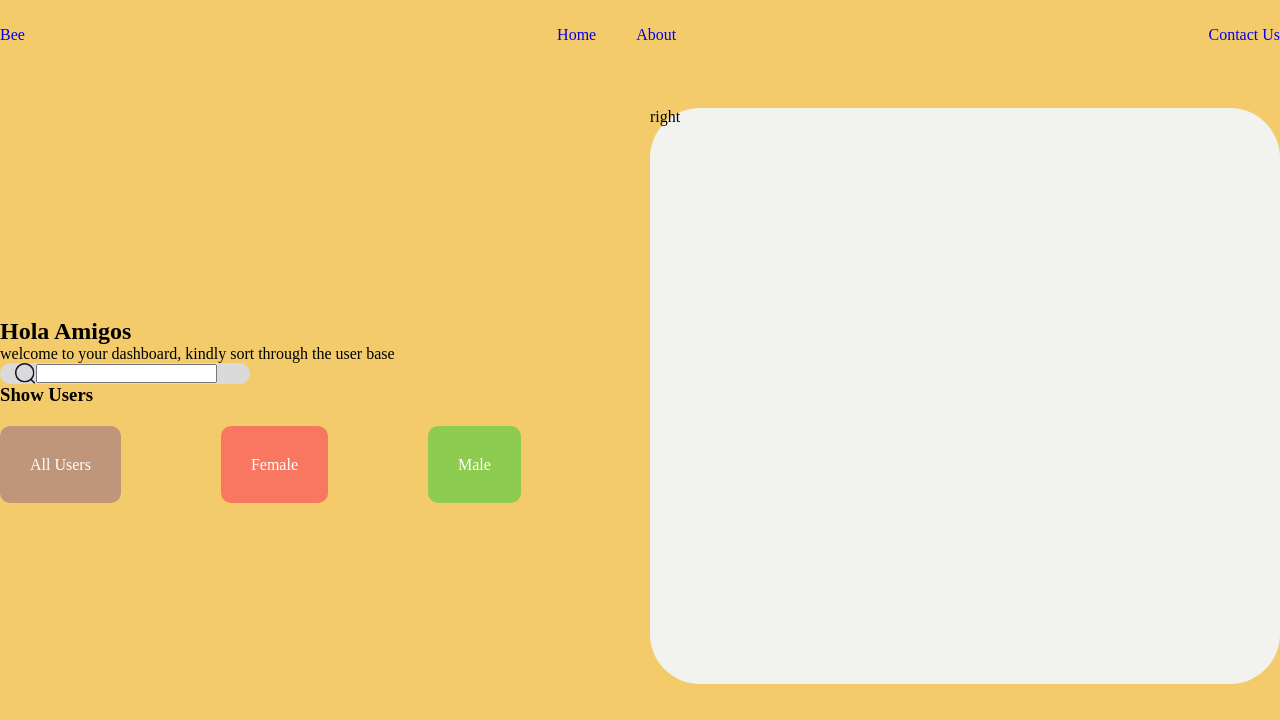
Repository: ble-syn/Random-user-generator-app
Page: /
The author's editor kept a copy of each file at every save. The page is drawn from the files as they stood at one save, then again after the next save.
The browser window is 1280 px wide. The pictures show the whole page.
The project was rebuilt for these pictures with package versions that can differ from the ones it lists, and the page was loaded fresh each time. Also part of the build but not shown: src/pages/About.jsx, src/pages/Policy.jsx, src/pages/Terms.jsx, src/pages/Contact.jsx, src/pages/NotFound.jsx.

Above is the page before, as saved 2022-10-26 01:11:59.

### src/index.css
*{
  margin: 0;
  padding: 0;
  box-sizing: border-box;
}
a {
  text-decoration: none;
}

body {
  background-color: #F4CB6B;
}
.container {
  width: 100%;
  max-width: 1300px;
  margin: 0 auto;

}

nav {
  display: flex;
  justify-content: space-between;
  margin: 2% 0 5%;
}
.menu {
  margin: 0 20px;
}

.home-container{
  display: flex;

  align-items: center;
}
/* LEFT STYLES */
#left {
  flex: 5;
}
.search-input {
  width: 250px;
  background-color: #dadada;
  border-radius: 12px;
  border: none;
  display: flex;
  place-items: center;
  padding-left: 15px;
}
.input {
  border: none;
  border-radius: 12px;
  background-color: inherit;
  width: 100%;
}
.input:focus {
  outline: none;
}
.input::placeholder {
  color: #171717;
}
.user-link-cont {
  margin-top: 50px;
}
.user-link{
  margin-right: 100px;
  padding: 30px;
  border-radius: 10px;
  color: #FFF;
  cursor: pointer;
}
.all-user {
  background-color: #BF9679;
}
.female-user{
  background-color: #F97661;
}
.male-user{
background-color: #8DCC50;
}

#right{
  height: 80vh;
 flex: 5;
  margin-left: 20px;
  background-color: #F2F2EF;
  border-radius: 50px;
}

### src/App.js
import { BrowserRouter as Router, Routes, Route, Navigate} from "react-router-dom";
import Navbar from "./components/Navbar";
import Home from "./pages/Home";
import About from "./pages/About";
import Policy from "./pages/Policy";
import Terms from "./pages/Terms";
import Contact from "./pages/Contact";
import NotFound from "./pages/NotFound";

function App() {
  return (
    <div className="container">
      <Router>
      <Navbar />
        <Routes>
          <Route path="/" element={<Home />} />
          <Route path="/about" element={<About />}>
            <Route path="policy" element={<Policy />} />
            <Route path="terms" element={<Terms />} />
          </Route>
          <Route path="/contact" element={<Contact />} />
          <Route path="/not-found" element={<NotFound />} />
          <Route path="*" element={<Navigate to="/not-found" />} />
        </Routes>
      </Router>

    </div>
  );
}

export default App;

### src/components/Navbar.jsx
import React from "react";
import { Link } from "react-router-dom";

function Navbar() {
    return (
      <nav className="header">
        <div className="logo">
          <Link to="/">Bee</Link>
        </div>


        <div>
            <Link to="/about" className="menu">Home</Link>

            <Link to="/contact" className="menu">About</Link>
        </div>
        <div>
            <Link to="/">Contact Us</Link>
        </div>
      </nav>
    );
  }

export default Navbar;

### src/pages/Home.jsx
import React from "react";
import { Link } from "react-router-dom";
import { ReactComponent as Search } from "../assets/Search.svg"

function Home() {
  return (
    <div className="home-container">
      <div id="left">
        <h2>Hola Amigos</h2>
        <p>welcome to your dashboard, kindly sort through the user base</p>
        <form action="" className="search-input">
          <Search />
          <input type="text" name="" id="" />
        </form>
        <h3>Show Users</h3>
        <div className="user-link-cont">
          <Link className="user-link all-user" to="/login">All Users</Link>
          <Link className="user-link female-user" to="/register">Female</Link>
          <Link className="user-link male-user" to="/about">Male</Link>
        </div>
      </div>
      <div id="right">
        right
      </div>
    </div>
  );
}

export default Home;

Loaded but not shown: public/index.html (common file); src/index.js (common file); src/reportWebVitals.js (common file)

After the next save:
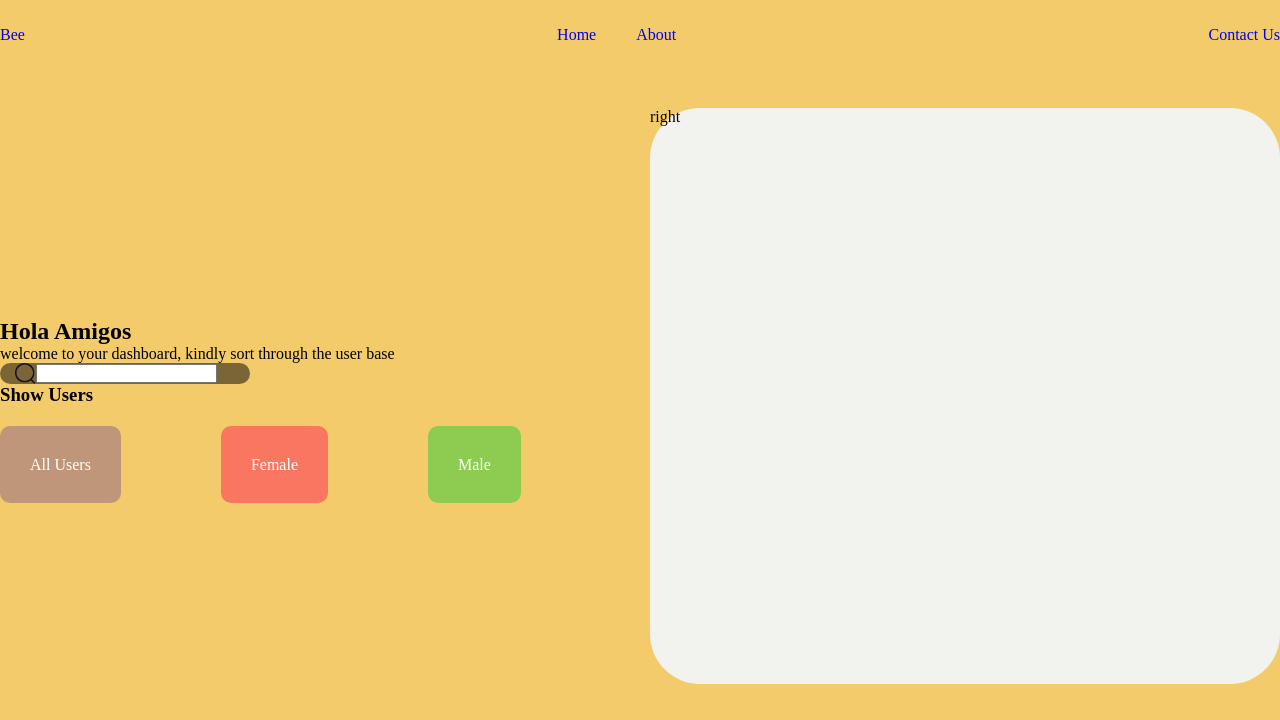
Saved 43 s later.
--- a/src/index.css
+++ b/src/index.css
@@ -37,7 +37,7 @@ nav {
 }
 .search-input {
   width: 250px;
-  background-color: #dadada;
+  background-color: rgba(0, 0, 0, 0.5);
   border-radius: 12px;
   border: none;
   display: flex;

After the save that followed:
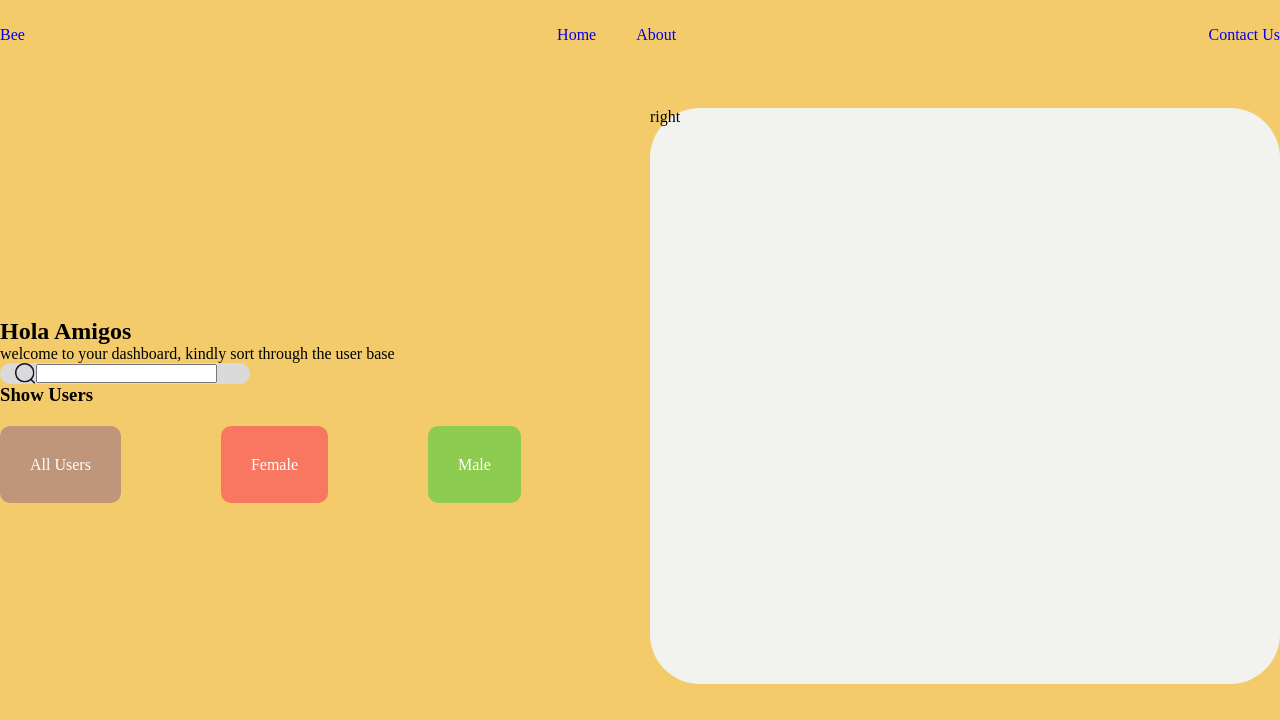
Saved 15 s later.
--- a/src/index.css
+++ b/src/index.css
@@ -37,7 +37,7 @@ nav {
 }
 .search-input {
   width: 250px;
-  background-color: rgba(0, 0, 0, 0.5);
+  background-color: #dadada;
   border-radius: 12px;
   border: none;
   display: flex;
